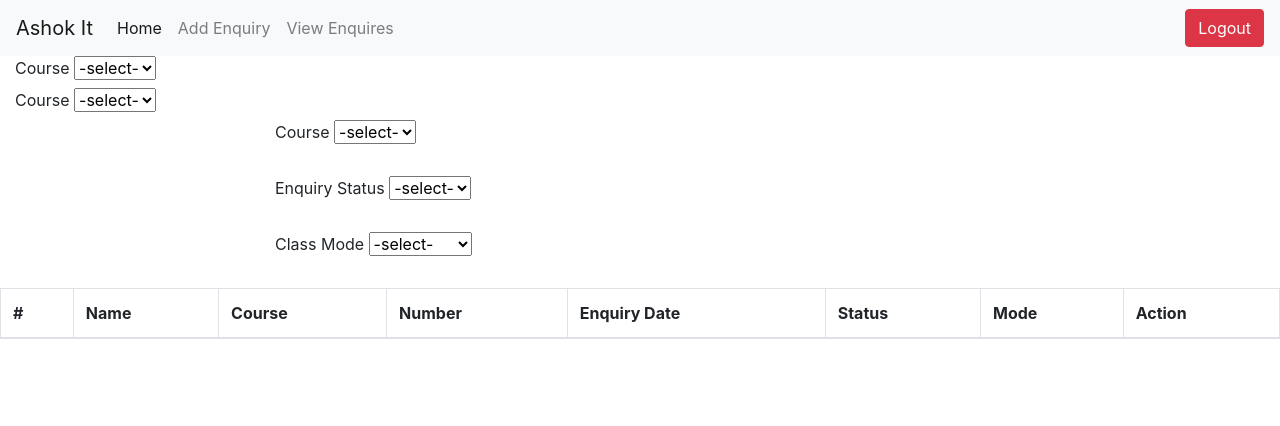
Repository: davidroshan/JRTP
Page: http://localhost/view-enquires
An editor plug-in stored every save of this project. The page is shown before and after the next save, followed by the edit.
The browser window is 1280 px wide. The pictures show the whole page.
The page is this project's Thymeleaf template; nobody is signed in. The template is opened directly, without the code that normally fills it, so the values that code supplies are empty.

Above is the page before, as saved 2023-04-27 18:35:27.

### Front_Office_Team_Portal/src/main/resources/templates/view-enquires.html
<!DOCTYPE html>
<html lang="en"  xmlns:th="http://www.thymeleaf.org" >
<head>
<meta charset="utf-8">
<link rel="stylesheet" href="https://cdn.jsdelivr.net/npm/bootstrap@4.3.1/dist/css/bootstrap.min.css" integrity="sha384-ggOyR0iXCbMQv3Xipma34MD+dH/1fQ784/j6cY/iJTQUOhcWr7x9JvoRxT2MZw1T" crossorigin="anonymous">
<title>AshokIT Unlock Account</title>
</head>
<body>

          <!-- Navbar start -->


                <nav class="navbar navbar-expand-lg navbar-light bg-light">
  <a class="navbar-brand" href="#">Ashok It</a>
  <button class="navbar-toggler" type="button" data-toggle="collapse" data-target="#navbarSupportedContent" aria-controls="navbarSupportedContent" aria-expanded="false" aria-label="Toggle navigation">
    <span class="navbar-toggler-icon"></span>
  </button>

  <div class="collapse navbar-collapse" id="navbarSupportedContent">
    <ul class="navbar-nav mr-auto">


      <li class="nav-item active">
        <a class="nav-link" href="dashboard">Home <span class="sr-only">(current)</span></a>
      </li>

      <li class="nav-item">
        <a class="nav-link" href="enquiry">Add Enquiry</a>
      </li>

      <li class="nav-item">
        <a class="nav-link" href="enquires">View Enquires</a>
      </li>

    </ul>
       <a href="logout" class="btn btn-danger">Logout</a>
  </div>
</nav>


          <!-- Nav bar end -->


          <div class="col-lg-4 col-sm-4 col-xs-4">
      <div class="dropdown">


                           <label for="form22">Course</label>
                                 <select id="form22" class="form-select"
                                   name="courseName" >
                                    <option value="">-select-</option>
                                    <option th:each="course : ${courses}" th:value="${course}"
                                    th:text="${course}"></option>
                                 </select>


       </div>
  </div>

  <div class="col-lg-4 col-sm-4 col-xs-4">
      <div class="dropdown">


                           <label for="form22">Course</label>
                                 <select id="form22" class="form-select"
                                   name="courseName" >
                                    <option value="">-select-</option>
                                    <option th:each="course : ${courses}" th:value="${course}"
                                    th:text="${course}"></option>
                                 </select>


       </div>
  </div>



          <!-- drop down -->

         <div class="container">
            <div class="row">
               <div class="col-md-8 offset-md-2">




                            <div class="form-otline mb-4">
                           <label for="form22">Course</label>
                                 <select id="form22" class="form-select"
                                   name="courseName" >
                                    <option value="">-select-</option>
                                    <option th:each="course : ${courses}" th:value="${course}"
                                    th:text="${course}"></option>
                                 </select>
                           </div>


                           <div class="form-otline mb-4">
                           <label for="form23">Enquiry Status</label>
                                 <select id="form23" class="form-select"
                                 name="enqStatus">
                                    <option value="">-select-</option>
                                    <option th:each="status : ${enqStatus}" th:value="${status}"
                                    th:text="${status}"></option>
                                 </select>
                           </div>


                           <div class="form-otline mb-4">
                           <label for="form23">Class Mode</label>
                                 <select id="form23" class="form-select"
                                 name="enqStatus">
                                    <option value="">-select-</option>
                                    <option value="online"> Online</option>
                                    <option value="classroom">Classroom</option>
                                 </select>
                           </div>


               </div>
            </div>
        </div>



         <!-- table start -->


         <table class="table table-stripped table-bordered table hover" id="enqTb">

           <thead>
               <tr>

                   <th scope="col">#</th>
                   <th scope="col">Name</th>
                   <th scope="col">Course</th>
                   <th scope="col">Number</th>
                   <th scope="col">Enquiry Date</th>
                   <th scope="col">Status</th>
                   <th scope="col">Mode</th>
                   <th scope="col">Action</th>

               </tr>
           </thead>


         </table>

</body>

After the next save:
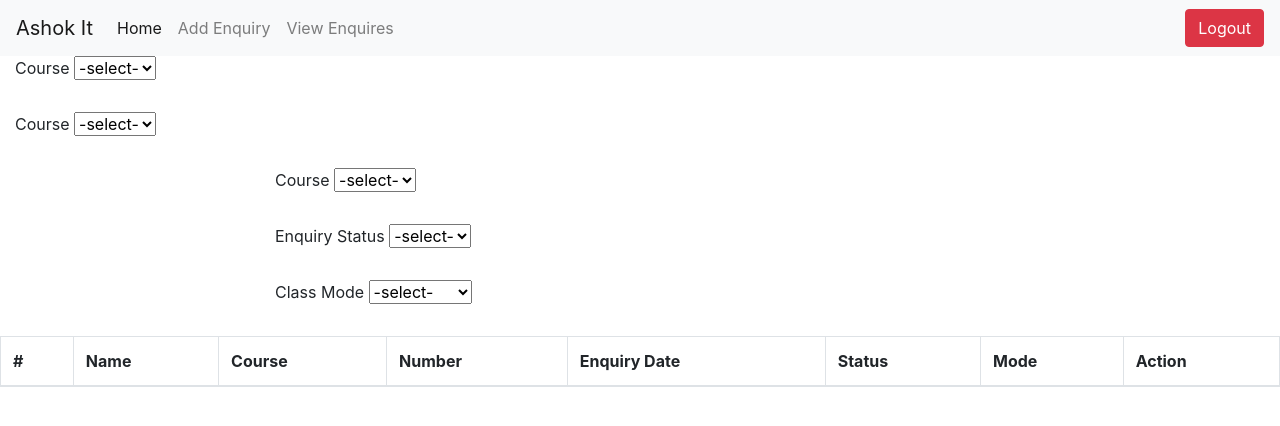
Saved 38 s later.
--- a/Front_Office_Team_Portal/src/main/resources/templates/view-enquires.html
+++ b/Front_Office_Team_Portal/src/main/resources/templates/view-enquires.html
@@ -45,6 +45,8 @@
       <div class="dropdown">
 
 
+
+                            <div class="form-otline mb-4">
                            <label for="form22">Course</label>
                                  <select id="form22" class="form-select"
                                    name="courseName" >
@@ -52,15 +54,11 @@
                                     <option th:each="course : ${courses}" th:value="${course}"
                                     th:text="${course}"></option>
                                  </select>
+                           </div>
 
 
-       </div>
-  </div>
 
-  <div class="col-lg-4 col-sm-4 col-xs-4">
-      <div class="dropdown">
-
-
+                            <div class="form-otline mb-4">
                            <label for="form22">Course</label>
                                  <select id="form22" class="form-select"
                                    name="courseName" >
@@ -68,10 +66,12 @@
                                     <option th:each="course : ${courses}" th:value="${course}"
                                     th:text="${course}"></option>
                                  </select>
+                           </div>
 
 
        </div>
   </div>
+
 
 
 
